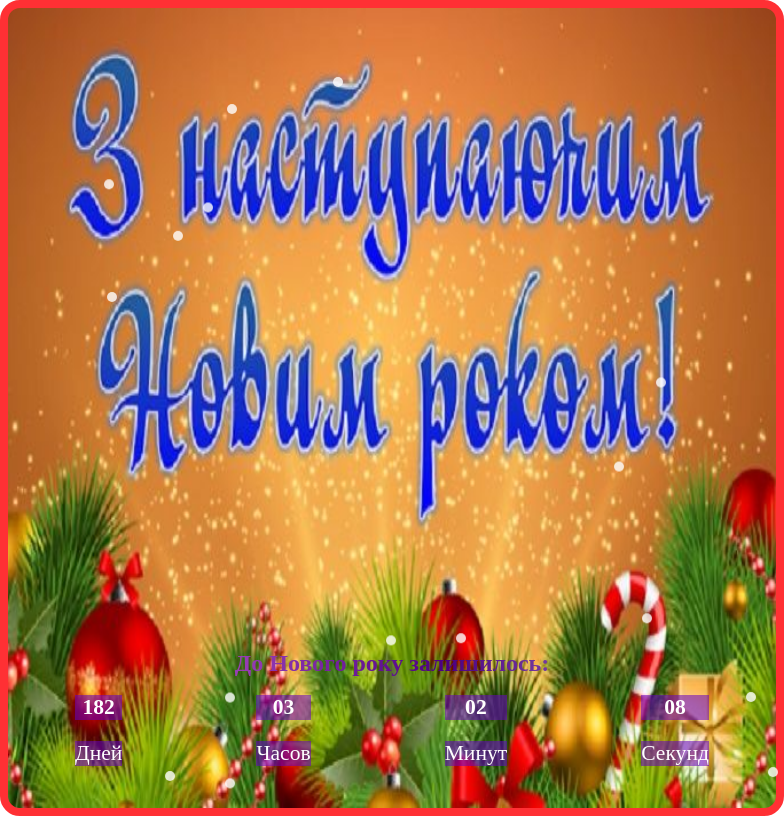
Repository: KonstantinKhamilov/JavaScript11-new-year
Page: index.html
The author's editor kept a copy of each file at every save. The page is drawn from the files as they stood at one save, then again after the next save.
The browser window is 768 px wide. The page is 784 px wide, so the pictures cover 784 px, including what lies to the right of the window. The pictures show the whole page.

Above is the page before, as saved 2024-12-29 22:13:30.

After the next save:
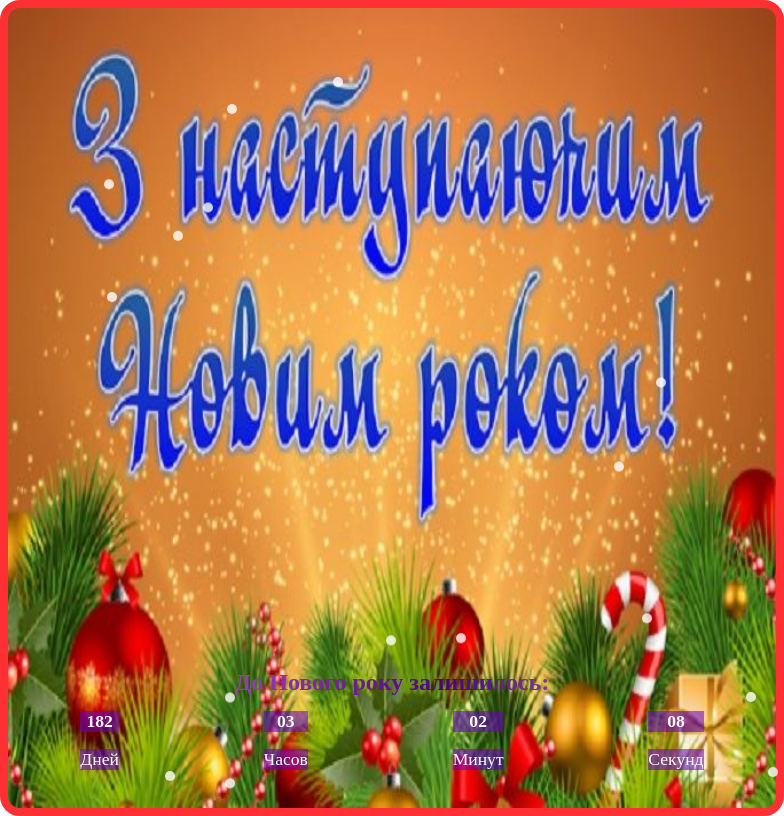
Saved 19 s later.
--- a/newYear.css
+++ b/newYear.css
@@ -117,10 +117,10 @@ body {
   .timer > #hrs,
   .timer > #min,
   .timer > #sec {
-    font-size: 1.35em;
+    font-size: 1.1em;
   }
   h2 {
-    font-size: 1.5em;
+    font-size: 1.2em;
   }
   .text {
     font-size: 1.5em;
